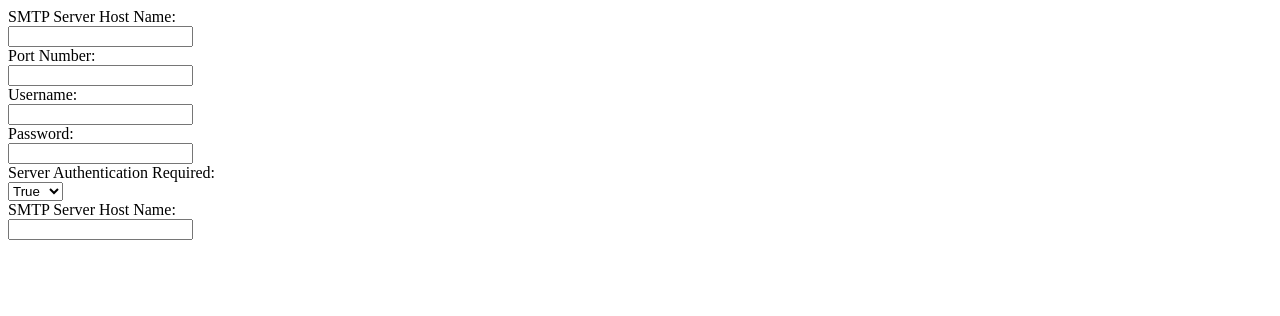
Repository: thanhadp24/mylocal
Page: http://localhost/settings/mail_server
An editor plug-in stored every save of this project. The page is shown before and after the next save, followed by the edit.
The browser window is 1280 px wide. The pictures show the whole page.
The page is this project's Thymeleaf template; nobody is signed in. The template is opened directly, without the code that normally fills it, so the values that code supplies are empty.

Above is the page before, as saved 2024-12-11 16:12:11.

### ShopappProject/ShopappWebParent/ShopappBackEnd/src/main/resources/templates/settings/mail_server.html
<!DOCTYPE html>
<html xmlns:th="http://www.thymeleaf.org">
<body>
<div th:fragment="content" th:remove="tag">

	<div class="form-group row">
		<label class="col-sm-4 col-form-label">SMTP Server Host Name:</label>
		<div class="col-sm-8">
			<input type="text" class="form-control" >
		</div>
	</div>
	<div class="form-group row">
		<label class="col-sm-4 col-form-label">Port Number:</label>
		<div class="col-sm-8">
			<input type="text" class="form-control" >
		</div>
	</div>
	<div class="form-group row">
		<label class="col-sm-4 col-form-label">Username:</label>
		<div class="col-sm-8">
			<input type="text" class="form-control" >
		</div>
	</div>
	<div class="form-group row">
		<label class="col-sm-4 col-form-label">Password:</label>
		<div class="col-sm-8">
			<input type="text" class="form-control" >
		</div>
	</div>
	<div class="form-group row">
		<label class="col-sm-4 col-form-label">Server Authentication Required:</label>
		<div class="col-sm-8">
			<select>
				<option value="true">True</option>
				<option value="false">False</option>
			</select>
		</div>
	</div>
	<div class="form-group row">
		<label class="col-sm-4 col-form-label">SMTP Server Host Name:</label>
		<div class="col-sm-8">
			<input type="text" class="form-control" >
		</div>
	</div>

</div>
</body>
</html>

After the next save:
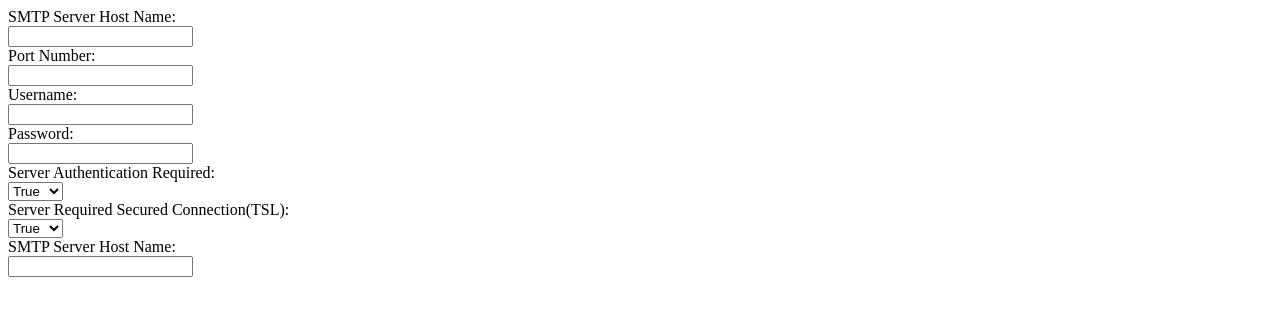
Saved 22 s later.
--- a/ShopappProject/ShopappWebParent/ShopappBackEnd/src/main/resources/templates/settings/mail_server.html
+++ b/ShopappProject/ShopappWebParent/ShopappBackEnd/src/main/resources/templates/settings/mail_server.html
@@ -37,6 +37,15 @@
 		</div>
 	</div>
 	<div class="form-group row">
+		<label class="col-sm-4 col-form-label">Server Required Secured Connection(TSL):</label>
+		<div class="col-sm-8">
+			<select>
+				<option value="true">True</option>
+				<option value="false">False</option>
+			</select>
+		</div>
+	</div>
+	<div class="form-group row">
 		<label class="col-sm-4 col-form-label">SMTP Server Host Name:</label>
 		<div class="col-sm-8">
 			<input type="text" class="form-control" >
